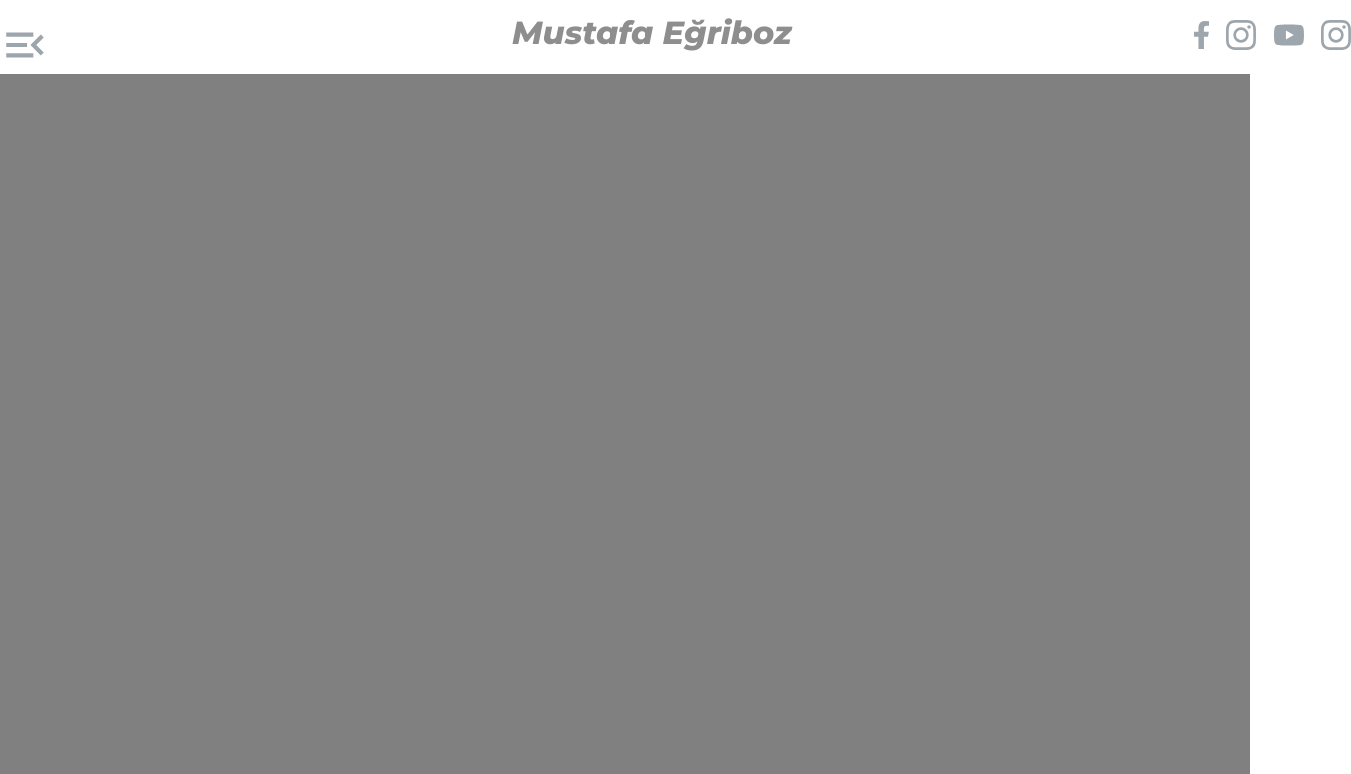
Repository: CengoCengo/m.e-gallery-web-site
Page: index.html
An editor plug-in stored every save of this project. The page is shown before and after the next save, followed by the edit.
The browser window is 1280 px wide. The page is 1351 px wide, then 1337 px, so the pictures cover 1351 px, including what lies to the right of the window. The pictures show the whole page.

Above is the page before, as saved 2021-02-06 15:02:55.
Console error: TypeError: Cannot read properties of null (reading 'style')

After the next save:
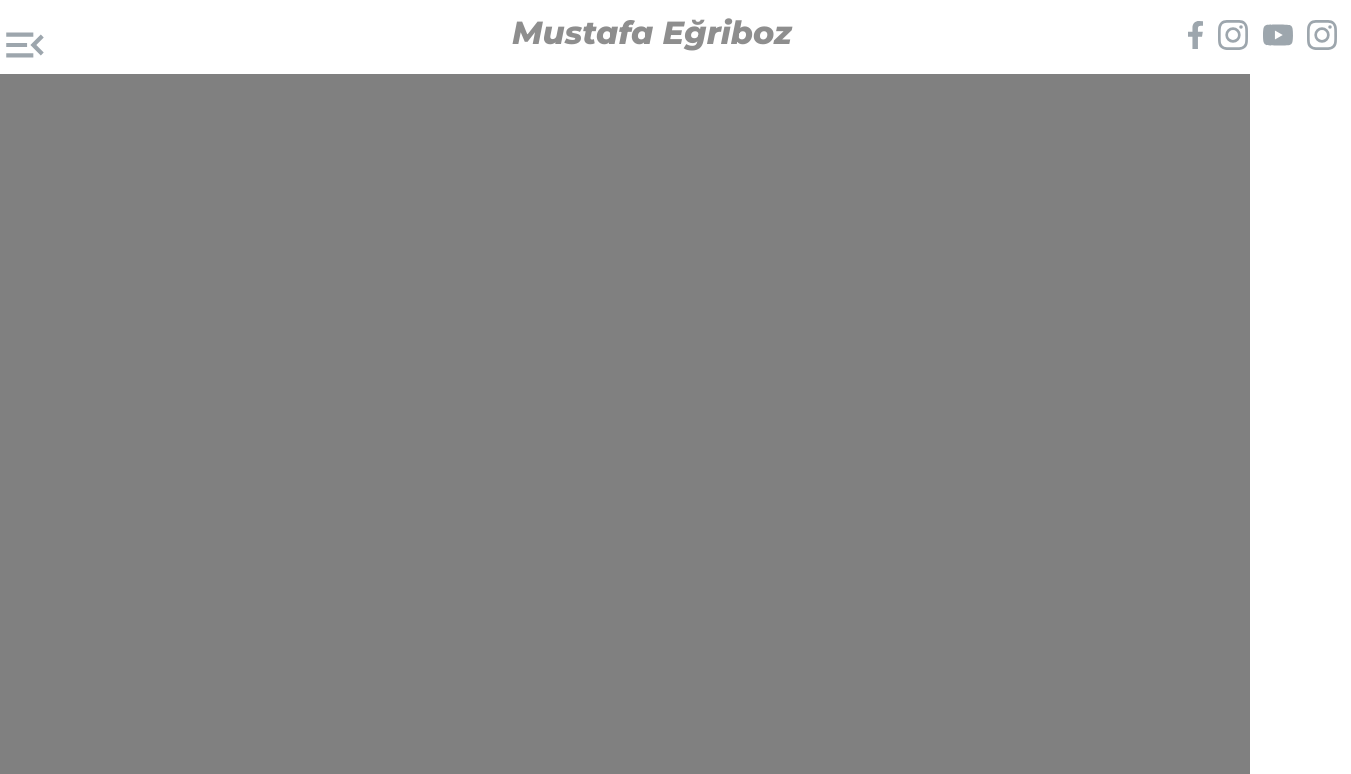
Saved 11 s later.
--- a/styles/style.css
+++ b/styles/style.css
@@ -47,7 +47,7 @@
 }
 
 .icon-social{
-    margin-left: 1%;
+    margin-left: 10px;
 }
 
 
